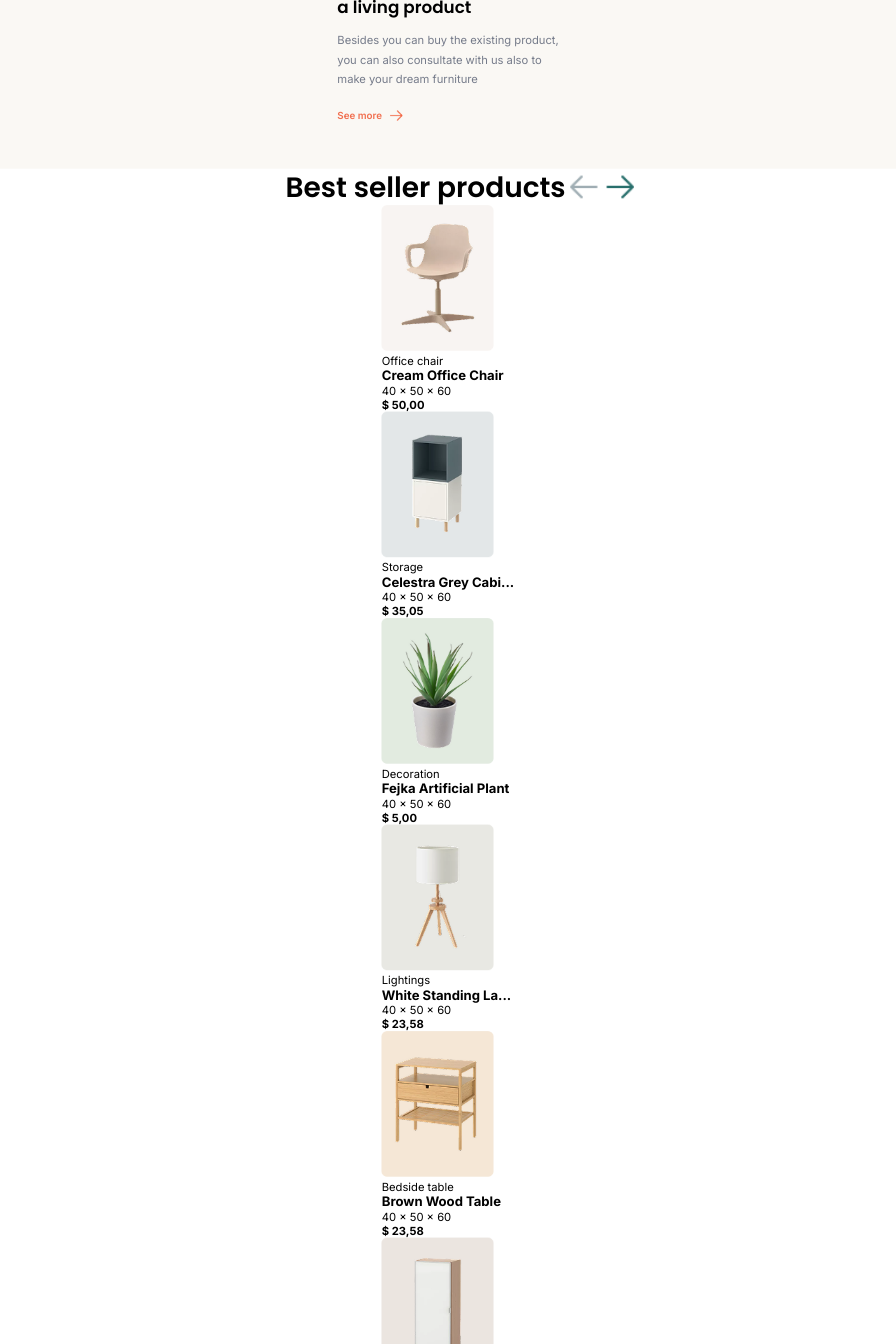
Repository: MatheusEich15/FrontEnd
Page: Prova 1 FrontEnd/Prova 1 FrontEnd/index.html
The author's editor kept a copy of each file at every save. The page is drawn from the files as they stood at one save, then again after a run of saves.
The browser window is 1280 px wide. The pictures show the part of the page from y = 1550 to 3470 px (the page is 6112 px tall before and 6272 px after), at 70% of full size.

Above is the page before, as saved 2026-03-12 13:40:45.

### Prova 1 FrontEnd/Prova 1 FrontEnd/index.html
<!DOCTYPE html>

<html lang="en">

<head>
    <meta charset="UTF-8">
    <meta name="viewport" content="width=device-width, initial-scale=1.0">
    <title>Coca</title>
    <link rel="stylesheet" href="style.css">
    <!--  -->
</head>

<body>

    <header>

        <div id="links-header"> <!-- div para links do lado esquerdo -->
            <div id="logo-header"><img src="./assets/images/Logo-images/Logo.png" alt="Logo"></div>
            <nav>
                <ul>
                    <li><a href="#"><span>About</span></a></li>
                    <li><a href="#">Blog</a></li>
                    <li><a href="#">Contact</a></li>
                </ul>
            </nav>
        </div>
        <div id="btn-header"> <!-- div para links do lado direito -->
            <a id="sign-in-btn" href="#">Sign In</a>
            <button><img src="./assets/icons/Menu.png" alt="Menu"></button>
        </div>

    </header>

    <main>

        <section id="introduction"> <!-- Introdução ao site -->
            <div id="introduction-content">
                <h3>Explore any kind of furnitures</h3>
                <h1>Better Furniture <br>
                    Better Living</h1>
                <div id="introduction-btn">
                    <a href="#">Check our projects</a>
                    <div id="right-arrow"><img src="./assets/icons/Short Right Arrow.png" alt="Seta"></div>
                </div>
            </div>
        </section>

        <section id="about"> <!-- Sobre o site -->
            <div class="title">
                <h2>What we provide</h2>
            </div>
            <div id="about-items"> <!-- Informações básicas -->
                <div class="about-item">
                    <img src="./assets/icons/Home.png" alt="Ícone de Home">
                    <h3>10 years of experience <br>
                        in furniture business</h3>
                    <p>We’re already established since 2012, and <br>
                        in 10 years we have lots of positive <br>
                        reviews and achievements</p>
                    <div id="see-more-btn">
                        <a href="#">See more</a>
                        <img src="./assets/icons/Normal Right Arrow.png" alt="Seta">
                    </div>
                </div>
                <div class="about-item">
                    <img src="./assets/icons/Credit Card.png" alt="Ícone de Cartão de Crédito">
                    <h3>Afforable price with <br>
                        world class quality</h3>
                    <p>Our craftsmen have lots of experience <br>
                        dealing with crafting furnitures and some <br>
                        of them have world class quality</p>
                    <div id="see-more-btn">
                        <a href="#">See more</a>
                        <img src="./assets/icons/Normal Right Arrow.png" alt="Seta">
                    </div>
                </div>
                <div class="about-item">
                    <img src="./assets/icons/Thumbs Up.png" alt="Ícone de Polegares Para Cima">
                    <h3>Bring your ideas into <br>
                        a living product</h3>
                    <p>Besides you can buy the existing product, <br>
                        you can also consultate with us also to <br>
                        make your dream furniture</p>
                    <div id="see-more-btn">
                        <a href="#">See more</a>
                        <img src="./assets/icons/Normal Right Arrow.png" alt="Seta">
                    </div>
                </div>
            </div>
        </section>

        <section id="products"> <!-- Produtos disponíveis -->
            <div class="title-arrows">
                <h2>Best seller products</h2>
                <div class="title-btn">
                    <img src="./assets/icons/Normal Left Arrow Sells.png" alt="Seta">
                    <img src="./assets/icons/Normal Right Arrow Sells.png" alt="Seta">
                </div>
            </div>
            <div id="products-items">
                <div class="product-item">
                    <img src="./assets/images/Products-images/Cream Office Chair.png" alt="Cadeira de Escritório Cor Creme">
                    <p>Office chair</p>
                    <h3>Cream Office Chair</h3>
                    <p>40 x 50 x 60</p>
                    <h4>$ 50,00</h4>
                </div>
                <div class="product-item">
                    <img src="./assets/images/Products-images/Celestra Grey Cabi.png" alt="Armário Pequeno Cor Cinza e Branco">
                    <p>Storage</p>
                    <h3>Celestra Grey Cabi...</h3>
                    <p>40 x 50 x 60</p>
                    <h4>$ 35,05</h4>
                </div>
                <div class="product-item">
                    <img src="./assets/images/Products-images/Fejka Artificial Plant.png" alt="Planta Artificial em Vaso Cor Cinza">
                    <p>Decoration</p>
                    <h3>Fejka Artificial Plant</h3>
                    <p>40 x 50 x 60</p>
                    <h4>$ 5,00</h4>
                </div>
                <div class="product-item">
                    <img src="./assets/images/Products-images/White Standing La.png" alt="Luminária Cor Branca">
                    <p>Lightings</p>
                    <h3>White Standing La...</h3>
                    <p>40 x 50 x 60</p>
                    <h4>$ 23,58</h4>
                </div>
                <div class="product-item">
                    <img src="./assets/images/Products-images/Brown Wood Table.png" alt="Mesa de Madeira Cor Marrom">
                    <p>Bedside table</p>
                    <h3>Brown Wood Table</h3>
                    <p>40 x 50 x 60</p>
                    <h4>$ 23,58</h4>
                </div>
                <div class="product-item">
                    <img src="./assets/images/Products-images/Morliden Book Rac.png" alt="Armário Médio Moderno Cor Branca">
                    <p>Storage</p>
                    <h3>Morliden Book Rac...</h3>
                    <p>40 x 50 x 60</p>
                    <h4>$ 117,73</h4>
                </div>
            </div>
        </section>

        <section id="projects"> <!-- Demonstrações de projetos -->
            <div class="title">
                <h2><span>Our latest project</span></h2>
            </div>
            <div id="projects-items">
                <div class="project-item">
                    <img src="./assets/images/Projects-images/Kitchen.png" alt="Demonstração de Cozinha">
                    <h3>KITCHEN</h3>
                    <p>Architech & Interior Design - 2023</p>
                </div>
                <div class="project-item">
                    <img src="./assets/images/Projects-images/Livingroom.png" alt="Demonstração de Sala de Estar">
                    <h3>LIVINGROOM</h3>
                    <p>Architech & Interior Design - 2023</p>
                </div>
                <div class="project-item">
                    <img src="./assets/images/Projects-images/Bedroom.png" alt="Demonstração de Quarto">
                    <h3>BEDROOM</h3>
                    <p>Architech & Interior Design - 2023</p>
                </div>
                <div class="project-item">
                    <img src="./assets/images/Projects-images/Bathroom.png" alt="Demonstração de Banheiro">
                    <h3>BATHROOM</h3>
                    <p>Architech & Interior Design - 2023</p>
                </div>
            </div>
            <div id="project-btn"> <!-- Seta do Desktop para ver mais projetos -->
                <img src="./assets/icons/Normal Right Arrow Projects.png" alt="Seta">
            </div>
        </section>

        <section id="news"> <!-- Novidades -->
            <div id="news-content">
                <h3>Newcomer product</h3>
                <div class="title">
                    <h2>2 seater Sofa</h2>
                </div>
                <p>Lorem ipsum dolor sit amet, consectetur adipiscing elit. Egestas luctus malesuada et volutpat, pellentesque dignissim suscipit. </p>
                <div id="available-colors">
                    <h4>Available Colors</h4>
                    <img src="./assets/images/News-images/Available Colors.png" alt="Cores Disponíveis">
                </div>
                <div id="news-btn">
                    <a href="#">Shop Now</a>
                    <div id="right-arrow"><img src="./assets/icons/Short Right Arrow.png" alt="Seta"></div>
                </div>
            </div>
        </section>

        <section id="testimonials">
            <div class="title">
                <h2>What our clients say</h2>
                <div class="title-btn">
                    <img src="./assets/icons/Normal Left Arrow Sells.png" alt="Seta">
                    <img src="./assets/icons/Normal Right Arrow Sells.png" alt="Seta">
                </div>
            </div>
            <div id="testimonials-card">
                <img src="./assets/images/Testimonials-images/Testimonial Person.png" alt="Foto de pessoa">
                <img src="./assets/icons/Testimonial Person “.png" alt="Ícone de Aspas Duplas">
                <h3>As expected, 10 years
                    experience on furniture
                    business will not disappointing
                    at all</h3>
                <p>As they said, their 10 years of
                    experience in furniture and interior
                    business is real. They work it
                    professionally and friendly at the
                    same time and of course the results
                    is beyond my expectations.</p>
                <h4>Roy Rakabuming</h4>
                <div id="1-decorative">
                    <p>1</p>
                </div>
            </div>
        </section>

    </main>

    <footer>

        <div id="footer-top"> <!-- Parte superior à divisória do footer -->
            <div id="logo-footer"><img src="./assets/images/Logo-images/Logo.png" alt="Logo"></div>
            <div><h4>Better Furniture, Better Living</h4></div>
            <div id="footer-contact">
                <div id="address">
                    <div id="address-title">
                        <img src="./assets/icons/Pin.png" alt="Marcador">
                        <h4>Address</h4>
                    </div>
                    <p>7319 Wagon Lane Bradenton, FL 34203</p>
                </div>
                <div id="contact-us">
                    <div id="contact-us-title">
                        <img src="./assets/icons/Envelope.png" alt="Envelope">
                        <h4>Contact Us</h4>
                    </div>
                    <p>hellosansbrothers@gmail.com</p>
                </div>
            </div>
            <div id="footer-links"> <!-- Links do footer -->
                <nav id="footer-website">
                    <h2>Website</h2>
                    <ul>
                        <li><a href="#">Home</a></li>
                        <li><a href="#">About Us</a></li>
                        <li><a href="#">Services</a></li>
                        <li><a href="#">Contact Us</a></li>
                    </ul>
                </nav>
                <nav id="footer-products">
                    <h2>Products</h2>
                    <ul>
                        <li><a href="#">Tables</a></li>
                        <li><a href="#">Chairs</a></li>
                        <li><a href="#">Storages</a></li>
                        <li><a href="#">Decorations</a></li>
                    </ul>
                </nav>
            </div>
        </div>
        <div id="footer-bottom"> <!-- Parte inferior à divisória do footer -->
            <div id="copyrights">
                <p>© Sans Brothers</p>
            </div>
            <div id="footer-policy">
                <p>Privacy and Terms</p>
                <p>Legal Notice</p>
                <p>Languanges</p>
            </div>
            <div id="footer-media">
                <img src="./assets/icons/Facebook Logo.png" alt="Logo do Facebook">
                <img src="./assets/icons/Instagram Logo.png" alt="Logo do Intagram">
                <img src="./assets/icons/Twitter Logo.png" alt="Logo do Twitter">
                <img src="./assets/icons/Linkedin Logo.png" alt="Logo do Linkedin">
            </div>
        </div>

    </footer>

</body>

</html>

### Prova 1 FrontEnd/Prova 1 FrontEnd/style.css
@import url('https://fonts.googleapis.com/css2?family=Inter:ital,opsz,wght@0,14..32,100..900;1,14..32,100..900&family=Poppins:ital,wght@0,100;0,200;0,300;0,400;0,500;0,600;0,700;0,800;0,900;1,100;1,200;1,300;1,400;1,500;1,600;1,700;1,800;1,900&family=Raleway:ital,wght@0,100..900;1,100..900&display=swap');

:root {
    --p-font: Inter; /* Fonte de parágrafos */
    --h-font: Poppins; /* Fonte de Títulos */
    --i-font: Raleway; /* Fonte de informações */
    --white: #FFFFFF;
    --off-white: #FAF8F4;
    --blue: #0F3141;
    --black: #000000;
    --orange: #F16F4F;
    --lite-orange: #EF7D60;
    --grey: #757B8A;
}

* {
    margin: 0;
    padding: 0;
    font-family: var(--p-font);
}

li {
    list-style: none;
}

a {
    text-decoration: none;
    color: var(--black);
}

button {
    background-color: transparent;
    border: none;
}

header {
    margin: 0.75rem 1.25rem 0rem 1.25rem;
    display: flex;
    justify-content: space-between;
    align-items: center;
}

#links-header nav {
    display: none;
}

#btn-header a {
    display: none;
}

#introduction {
    background: linear-gradient(to bottom, var(--white) 0%, var(--white) 20%, transparent 100%), url(./assets/images/Instroduction-images/Introduction\ Background\ Image.png);
    background-position: bottom;
    background-repeat: no-repeat;
    background-size: auto 375px;
}

#introduction-content {
    margin-top: 4.813rem;
    color: var(--black);
    display: flex;
    flex-direction: column;
    align-items: center;
}

#introduction-content h3 {
    font-weight: 500;
    font-size: 0.875rem;
    line-height: 1.875rem;
    letter-spacing: 1%;
    text-transform: uppercase;
    text-align: center;
    color: var(--blue);
}

#introduction-content h1 {
    margin-top: 0.5rem;
    font-family: var(--h-font);
    font-weight: 600;
    font-size: 2.75rem;
    line-height: 3.25rem;
    letter-spacing: -3%;
    text-align: center;
}

#introduction-btn {
    width: 15.125rem;
    height: 3.5rem;
    margin-top: 1.5rem;
    background-color: var(--orange);
    display: flex;
    justify-content: center;
    align-items: center;
    gap: 1rem;
    border-radius: 0.25rem;
    margin-bottom: 12.875rem;
}

#right-arrow {
    width: 2rem;
    height: 2rem;
    border-radius: 100%;
    background-color: var(--lite-orange);
    display: flex;
    justify-content: center;
    align-items: center;
}

#introduction-btn a {
    color: var(--white);
    font-weight: 600;
    font-size: 1.125rem;
    line-height: 100%;
    letter-spacing: -1%;
}

#about {
    display: flex;
    flex-direction: column;
    align-items: center;
    background-color: var(--off-white);
}

.title h2 {
    font-family: var(--h-font);
    margin-top: 5.563rem;
    font-weight: 600;
    font-size: 2.5rem;
    line-height: 100%;
    letter-spacing: -3%;
}

#about-items {
    margin-top: 3.313rem;
    display: flex;
    flex-direction: column;
    align-items: center;
    gap: 3.75rem;
    margin-bottom: 3.938rem;
}

.about-item h3 {
    margin-top: 0.75rem;
    font-family: var(--h-font);
    font-weight: 600;
    font-size: 1.5rem;
    line-height: 2.125rem;
    letter-spacing: -2%;
}

.about-item p {
    margin-top: 1rem;
    color: var(--grey);
    font-weight: 400;
    font-size: 1rem;
    line-height: 1.75rem;
    letter-spacing: 1%;
}

#see-more-btn {
    margin-top: 1.5rem;
    display: flex;
    align-items: center;
    gap: 0.5rem;
}

#see-more-btn a {
    color: var(--orange);
    font-weight: 600;
    font-size: 0.875rem;
    line-height: 1.688rem;
    letter-spacing: 1%;
}

#products {
    display: flex;
    flex-direction: column;
    align-items: center;
}

.title-arrows {
    margin: ;
    display: flex;
}

.title-arrows h2 {
    font-family: var(--h-font);
    font-weight: 600;
    font-size: 2.5rem;
    line-height: 3.25rem;
    letter-spacing: -3%;
}

.title-btn {
    display: flex;
}

After the next 2 saves:
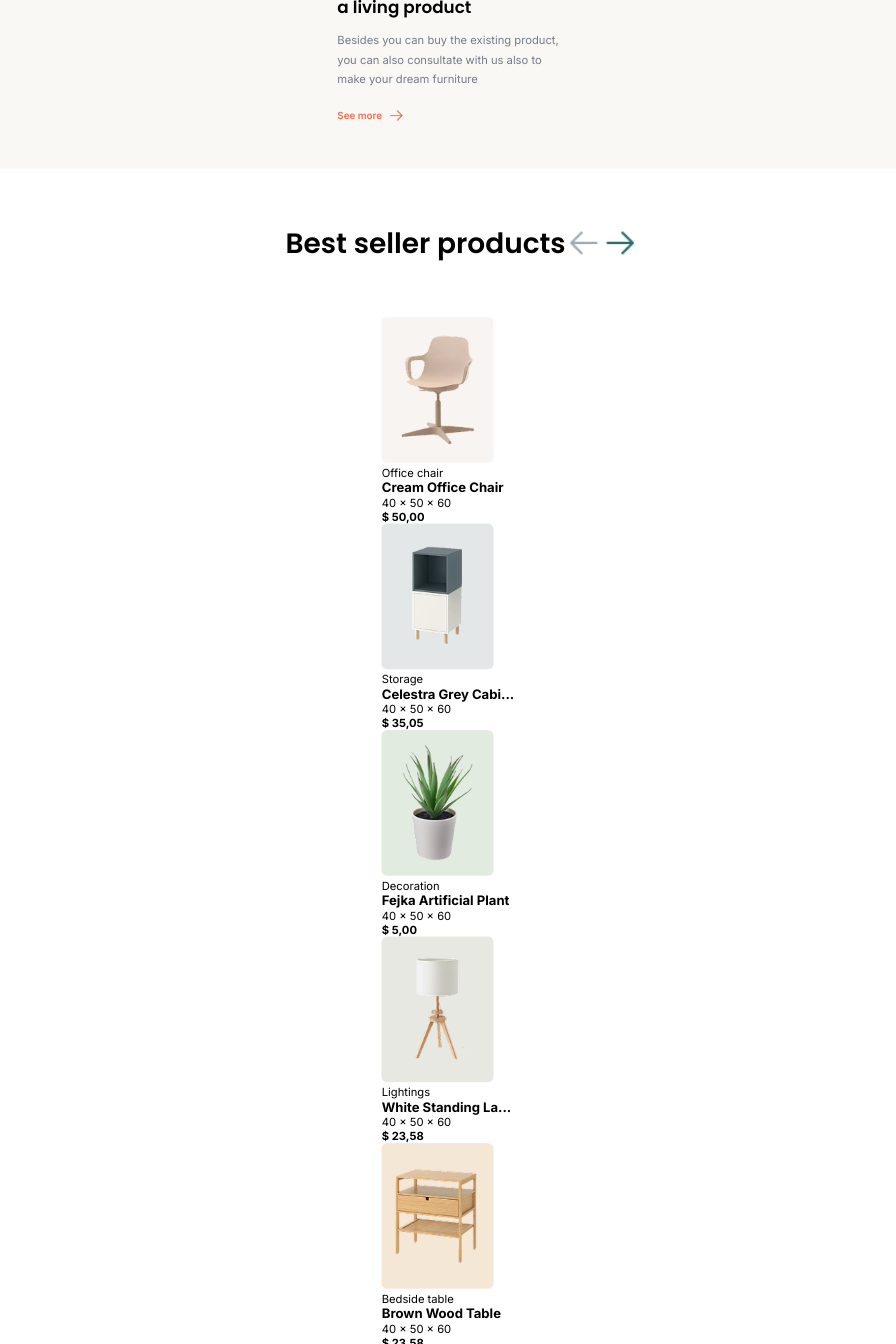
The 2 saves are shown as one change because they came seconds apart.
The last was saved 37 s later.
--- a/Prova 1 FrontEnd/Prova 1 FrontEnd/style.css
+++ b/Prova 1 FrontEnd/Prova 1 FrontEnd/style.css
@@ -179,7 +179,7 @@ header {
 }
 
 .title-arrows {
-    margin: ;
+    margin: 5rem;
     display: flex;
 }
 
